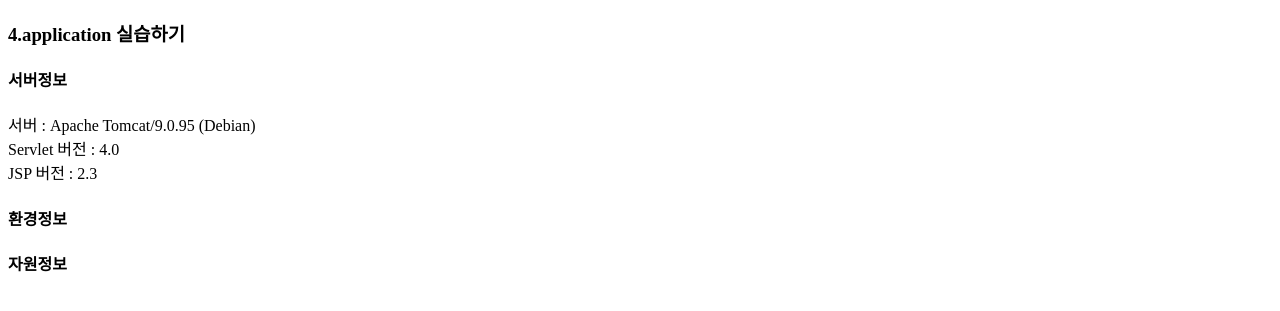
Repository: Jinwoooooooo/GCA_JSP
Page: http://localhost/ch03/4.application.jsp
The author's editor kept a copy of each file at every save. The page is drawn from the files as they stood at one save, then again after the next save.
The browser window is 1280 px wide. The pictures show the whole page.
The page is served by Tomcat 9.

Above is the page before, as saved 2025-02-04 02:31:40.

### ch03/src/main/webapp/4.application.jsp
<%@ page language="java" contentType="text/html; charset=UTF-8"
    pageEncoding="UTF-8"%>
<!DOCTYPE html>
<html>
<head>
<meta charset="UTF-8">
<title>4.application</title>

<!--
	날짜 : 2025/02/04
	이름 : 정진우
	내용 : JSP 내장객체 application 실습하기
-->

</head>
<body>
	<h3>4.application 실습하기</h3>

	<h4>서버정보</h4>
	<p>
		서버 : <%= application.getServerInfo() %><br>
		Servlet 버전 : <%= application.getMajorVersion() %>.<%= application.getMinorVersion() %><br>
		JSP 버전 : <%= JspFactory.getDefaultFactory().getEngineInfo().getSpecificationVersion() %><br>
	</p>

	<h4>환경정보</h4>


	<h4>자원정보</h4>


</body>
</html>

After the next save:
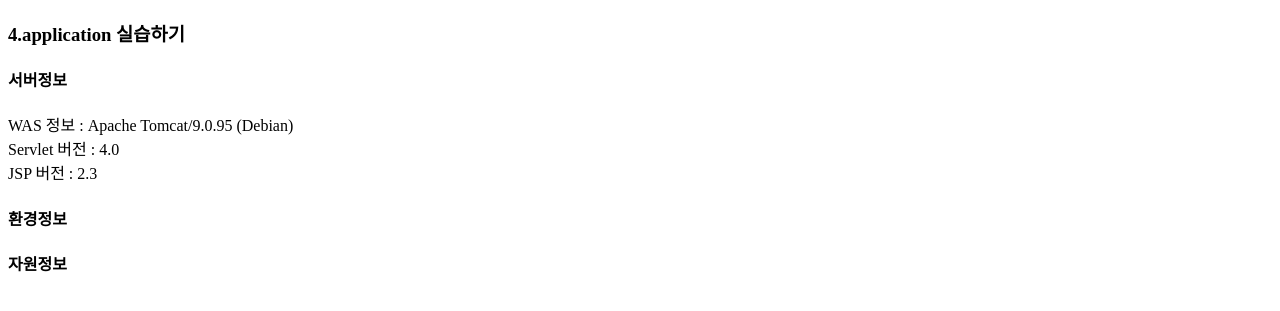
Saved 31 s later.
--- a/ch03/src/main/webapp/4.application.jsp
+++ b/ch03/src/main/webapp/4.application.jsp
@@ -18,7 +18,7 @@
 
 	<h4>서버정보</h4>
 	<p>
-		서버 : <%= application.getServerInfo() %><br>
+		WAS 정보 : <%= application.getServerInfo() %><br>
 		Servlet 버전 : <%= application.getMajorVersion() %>.<%= application.getMinorVersion() %><br>
 		JSP 버전 : <%= JspFactory.getDefaultFactory().getEngineInfo().getSpecificationVersion() %><br>
 	</p>
